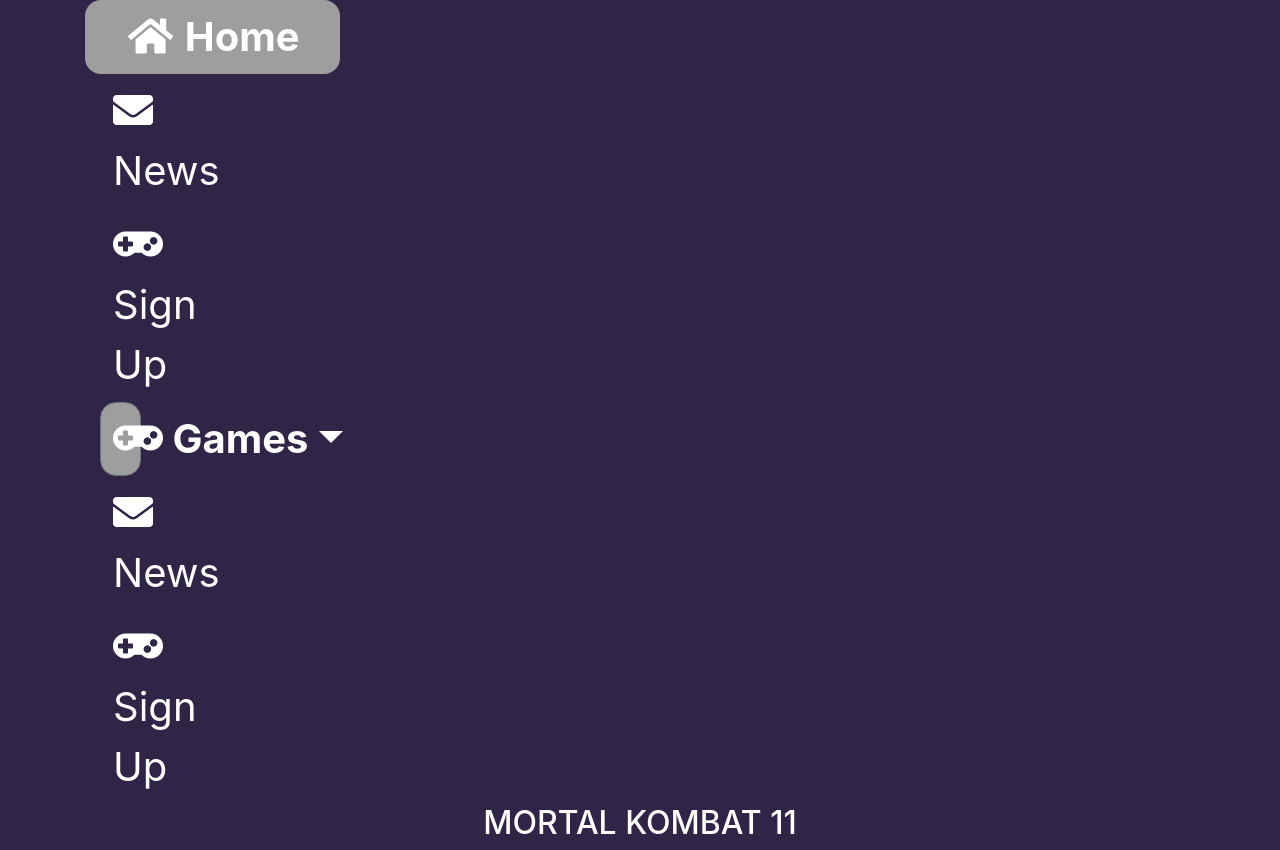
Repository: Code-Institute-Submissions/Gamesworld
Page: mortalkombat11.html
The author's editor kept a record of every edit. The page is drawn from the files as they stood at one moment, then again after the next edit.
The browser window is 1280 px wide. The pictures show the part of the page from y = 60 to 910 px (the page is 1680 px tall).
Pictures or frames that could not be fetched are drawn as grey boxes. Backgrounds fixed to the window are drawn as part of the page. Some web libraries are served in a nearby version.

Above is the page before.

### mortalkombat11.html
<!DOCTYPE html>


<head>
    <meta charset="utf-8">
    <meta name="viewport" content="width=device-width, initial-scale=1">
    <title>Gaming World</title>
    <link rel="stylesheet" href="https://maxcdn.bootstrapcdn.com/bootstrap/4.2.1/css/bootstrap.min.css" type="text/css" />
    <link rel="stylesheet" href="https://cdnjs.cloudflare.com/ajax/libs/hover.css/2.1.1/css/hover-min.css" type="text/css">
    <link rel="stylesheet" href="https://use.fontawesome.com/releases/v5.6.1/css/all.css" integrity="sha384-gfdkjb5BdAXd+lj+gudLWI+BXq4IuLW5IT+brZEZsLFm++aCMlF1V92rMkPaX4PP" crossorigin="anonymous">
    <script type="text/javascript" src="https://cdn.emailjs.com/sdk/2.3.2/email.min.js"></script>





    <link rel="stylesheet" href="assests/css/style.css" type="text/css">
</head>







<!--header test-->

<body>
    <body style="background-color: #302547;">

<div class="center">
        <a href="index.html" class="mainbutton">Gaming World</a>
</div>

<div class="container">
     <div class="row">
         <div class="col-sm-3">
         <div class="btn-group btn-group-justified">
         <a href="index.html" class="btn btn-group-justified"><i class="fa fa-fw fa-home"></i> Home</a></div>
        <div class="col-sm-3"><a href="news.html" class="btn btn-group-justified"><i class="fa fa-envelope"></i> News</a></div>
        <div class="col-sm-3"><a href="#" class="btn btn-group-justified"><i class="fas fa-gamepad"></i> Sign Up</a></div>

<div class="dropdown">
    <div class="col-sm-3">
  <button class="btn btn-secondary dropdown-toggle" type="button" id="dropdownMenuButton" data-toggle="dropdown" aria-haspopup="true" aria-expanded="false"><i class="fas fa-gamepad"></i> Games</button>
  <div class="dropdown-menu" aria-labelledby="dropdownMenuButton">
    <a class="dropdown-item" href="mortalkombat11.html">Mortal Kombat 11</a>
    <a class="dropdown-item" href="fifa20.html">Fifa 20</a>
    <a class="dropdown-item" href="supermario.html">Super Mario Maker 2</a>
  </div>
</div>


    <div class="col-sm-3"><a href="news.html" class="btn btn-group-justified"><i class="fa fa-envelope"></i> News</a></div>
    <div class="col-sm-3"><a href="#" class="btn btn-group-justified"><i class="fas fa-gamepad"></i> Sign Up</a></div>
    </div>

</div>
</div>

<div class="container">




<div class="container-fluid games">
  <h2>MORTAL KOMBAT 11</h2>
  </div>
  <div class="container">
  <div class="row">
    <div class="col-sm-12 col-md-6 col-lg-8">
    <iframe width="100%" height="100%" align="center" style="padding:2px;" src="https://www.youtube.com/embed/7zwQPJmg-Kg" frameborder="0" allow="autoplay; encrypted-media" allowfullscreen></iframe>
</div>
    <div class="col-sm-12 col-md-6 col-lg-4">
       <section class="games">
        Mortal Kombat is back, and it’s better than ever! It’s time to continue this epic saga as you delve into the cinematic storyline developed by award-winning NetherRealm Studios. Take on a role of past and present characters in a brand-new narrative in
        Mortal Kombat 11. This new instalment in the series introduces new multiplayer modes, iconic fatalities and an impressive roster of fighters to choose from. Including fan-favourites and new characters, you can pack a punch with one of their powerful
        abilities and impressive fatalities.
        </section>
    </div>
  </div>
</div>


<!-- completed footer and links set up within container working correctly and displaying as required

spacing added for the footer to move the detail away from the video clip for more vision on the detail
-->
<footer class="container-fluid footerbox" id="footer">
    <div class="col">
        <div class="container icons">
            <a target="_blank" href="https://www.facebook.com/"><i class="fab fa-facebook">
                    </i></a>
            <a target="_blank" href="https://www.instagram.com/"><i class="fab fa-instagram">
                    </i></a>
            <a target="_blank" href="https://www.twitter.com/"><i class="fab fa-twitter">
                    </i></a>
            <a target="_blank" href="https://www.youtube.com/"><i class="fab fa-youtube">
                    </i></a>
        </div>
    </div>
</footer>

<div class="modal" tabindex="-1" role="dialog" id="signupmodal">
    <div class="modal-dialog" role="document">
        <div class="modal-content">
            <div class="modal-header">
                <h6 class="modal-title">Subscribe to Gaming World - Please note no details will be stored or sent from this sign up section</h6>
                               <button type="button" class="close" data-dismiss="modal" aria-label="Close">
          <span aria-hidden="true">&times;</span>
        </button>

            <!-- sign up pop up options and information its for testing purposes for the users-->
            <div class="modal-body">
                <form>
                    <div class="form-group">
                        <label for="exampleInputEmail1">Email address</label>
                        <input type="email" class="form-control" id="exampleInputEmail1" aria-describedby="emailHelp" placeholder="Enter email">
                        <small id="emailHelp" class="form-text text-muted">We'll never share your email with anyone else.</small>
                    </div>
                    <div class="form-group">
                        <label for="exampleInputPassword1">Password</label>
                        <input type="password" class="form-control" id="password" placeholder="Password">
                    </div>
                    <div class="form-group">
                        <label for="repeatPassword"> Repeat Password</label>
                        <input type="password" class="form-control" id="repeatPassword" placeholder="RepeatPassword">
                    </div>
                    <button type="submit" class="btn btn-success">Submit</button>
                </form>
            </div>
    </div>
</div>
    </div>
</div>


<script src="https://code.jquery.com/jquery-3.3.1.slim.min.js" integrity="sha384-q8i/X+965DzO0rT7abK41JStQIAqVgRVzpbzo5smXKp4YfRvH+8abtTE1Pi6jizo" crossorigin="anonymous"></script>
<script src="https://cdnjs.cloudflare.com/ajax/libs/popper.js/1.14.7/umd/popper.min.js" integrity="sha384-UO2eT0CpHqdSJQ6hJty5KVphtPhzWj9WO1clHTMGa3JDZwrnQq4sF86dIHNDz0W1" crossorigin="anonymous"></script>
<script src="https://stackpath.bootstrapcdn.com/bootstrap/4.3.1/js/bootstrap.min.js" integrity="sha384-JjSmVgyd0p3pXB1rRibZUAYoIIy6OrQ6VrjIEaFf/nJGzIxFDsf4x0xIM+B07jRM" crossorigin="anonymous"></script>

</body>

</html>

### assests/css/style.css

/*background added with text for scrolling purposes and better presentation*/

/* code that is here, until the first @media block, will apply to any screen size */
#somethingorother {
  width: 800px ;
}

@media screen and (max-width: 320px) {
  /* comes into effect for screens less than or equal to 320 pixels */
  #somethingorother {
    width: 120px ;
  }
}
@media screen and (min-width: 321px) and (max-width: 480px) {
  /* comes into effect for screens between 321 and 480 pixels (inclusive) */
  #somethingorother {
    width: 320px ;
  }
}
@media screen and (min-width: 481px) {
  /* comes into effect for screens larger than or equal to 481 pixels */
  #somethingorother {
    width: 480px ;
  }
}

/* code that is here will apply to any screen size */

/* Gaming title setting */


.maintitle

{
  text-align: center;
  display:block;
  margin:0 auto;
  width: 100%;

}

.mainbutton
{
  background: url("https://wallpaperplay.com/walls/full/5/2/1/6019.jpg") no-repeat fixed center;
  font-weight: bold;
  border-radius: 16px;
  font-size: 40px;
  z-index: -3;
  display:block;
  margin:0 auto;
  width: 100%;
  text-align: center;
  color: white;


}

/*button style */

.dropbtn {
  background-color: url("https://wallpaperplay.com/walls/full/5/2/1/6019.jpg");
  color: white;
  padding: 16px;
  font-size: 16px;
  border: none;
}

.dropdown {
  position: relative;
  display: inline-block;
}

.dropdown-content {
  display: none;
  position: absolute;
  background-color: url("https://wallpaperplay.com/walls/full/5/2/1/6019.jpg");
  min-width: 160px;
  box-shadow: 0px 8px 16px 0px rgba(0,0,0,0.2);
  z-index: 1;
}

.dropdown-content a {
  color: black;
  padding: 12px 16px;
  text-decoration: none;
  display: block;
}

.dropdown-content a:hover {background-color: url("https://wallpaperplay.com/walls/full/5/2/1/6019.jpg") ;}

.dropdown:hover .dropdown-content {display: block;}

.dropdown:hover .dropbtn {background-color: url("https://wallpaperplay.com/walls/full/5/2/1/6019.jpg") no-repeat fixed center;}

.btn-group-justified {
  width: 100%;
  table-layout: fixed;
  border-collapse: separate;
  color: white;
  font-size: 40px;
  z-index: -3;


}
 .btn-group .btn-group-justified  {
    float: none;
    display: table-cell;
    width: 1%;
    background: url("https://wallpaperplay.com/walls/full/5/2/1/6019.jpg") no-repeat fixed center;
    color: white;
    font-size: 40px;
    z-index: -5;
    font-weight: bold;
    border-radius: 16px;
  }

.btn-secondary {
    float: none;
    display: table-cell;
    width: 1%;
    background: url("https://wallpaperplay.com/walls/full/5/2/1/6019.jpg") no-repeat fixed center;
    color: white;
    font-size: 40px;
    z-index: -5;
    font-weight: bold;
    border-radius: 16px;
}
.btn-secondary {
      width: 100%;
  table-layout: fixed;
  border-collapse: separate;
  color: white;
  font-size: 40px;
  z-index: -3;
}

.welcome-container
{
          height: 100vh;
text-shadow: 0 0 5px #FFF, 0 0 10px #FFF, 0 0 15px #FFF, 0 0 20px #49ff18, 0 0 30px #49FF18, 0 0 40px #49FF18, 0 0 55px #49FF18, 0 0 75px #49ff18;;



  -webkit-background-size: cover;
  -moz-background-size: cover;
  -o-background-size: cover;
  background-size: cover;

  display: flex;
  align-items: center;
  justify-content: center;

  position: relative;

  background-repeat: no-repeat;
  background-attachment: fixed;
  background-position: center;
}

.jumbotron-header
{
  text-align: center;
}


.navbar
{
    background: url("https://wallpaperplay.com/walls/full/5/2/1/6019.jpg") no-repeat fixed center;

}


.gamepad
{
  text-align: center;
}


/* Button */
.button, .dropbtn {
  background-color: white;
  border: none;
  color: #302547;
  font-weight: bold;
  padding: 10px 20px;
  text-align: center;
  display: inline-block;
  margin: 4px 2px;
  cursor: pointer;
  border-radius: 16px;
}





/*button styling*/
.button .dropbtn .dropdown {
  background-color: #6610f2;
  border: none;
  color: black;
  padding: 10px 20px;
  text-align: center;
  text-decoration: none;
  display: inline-block;
  margin: 4px 2px;
  cursor: pointer;
  border-radius: 16px;
}





.games
{
  text-align:center;
  color:white;

}

.games

{

  z-index:-1;
}

.games
{
  font-size: 24px;
  color:white;
}

.footer
{
  position: absolute;
  font-weight: bold;
}





/*.block-divider--short {
  height: 5px;
  border: 0;
  background-color: cyan;
}
*/

/*.content-containers*/
.content-container
{
  padding-top: 10px;
  padding-bottom: 10px;
}




/*alert - text amends and display including features*/

.alert-container .col-12
{
  padding-left: 0;
  padding-right:0;
}

.alert-warning {
  border-radius: 0;
  margin-bottom: 0;
  padding: 5px 15px;
  background-color: #56fefe;
  border-color: #56fffb;
  color: black;
}

.footerbox
{
  color:white;
    background: url("https://wallpaperplay.com/walls/full/5/2/1/6019.jpg") no-repeat fixed center;
  padding: 0;
  text-align: center;
}

.footerbox i{
  margin-bottom:10px;
  font-size: 40px;
  line-height: 40px;
}


/*footer details*/

.fa.fa-facebook:before {
  padding: 5px;
  color: #3C5898
}

.fa-instagram:before {
  color: transparent;
  padding:5px;
  background: radial-gradient(circle at 30% 107%, #fdf497 0%, #fdf497 5%, #fd5949 45%, #d6249f 60%, #285AEB 90%);
  background: -webkit-radial-gradient(circle at 30% 107%, #fdf497 0%, #fdf497 5%, #fd5949 45%, #d6249f 60%, #285AEB 90%);
  background-clip: text;
  -webkit-background-clip: text;
}


.fa-twitter:before {
}

.fa-youtube:before {
  color:#c4302b;
}


/*tempory code to check scaling
*{
  background: #000 !important;
  color: #0f0 !important;
  outline: solid #f00 1px !important;
}*/

After the next edit:
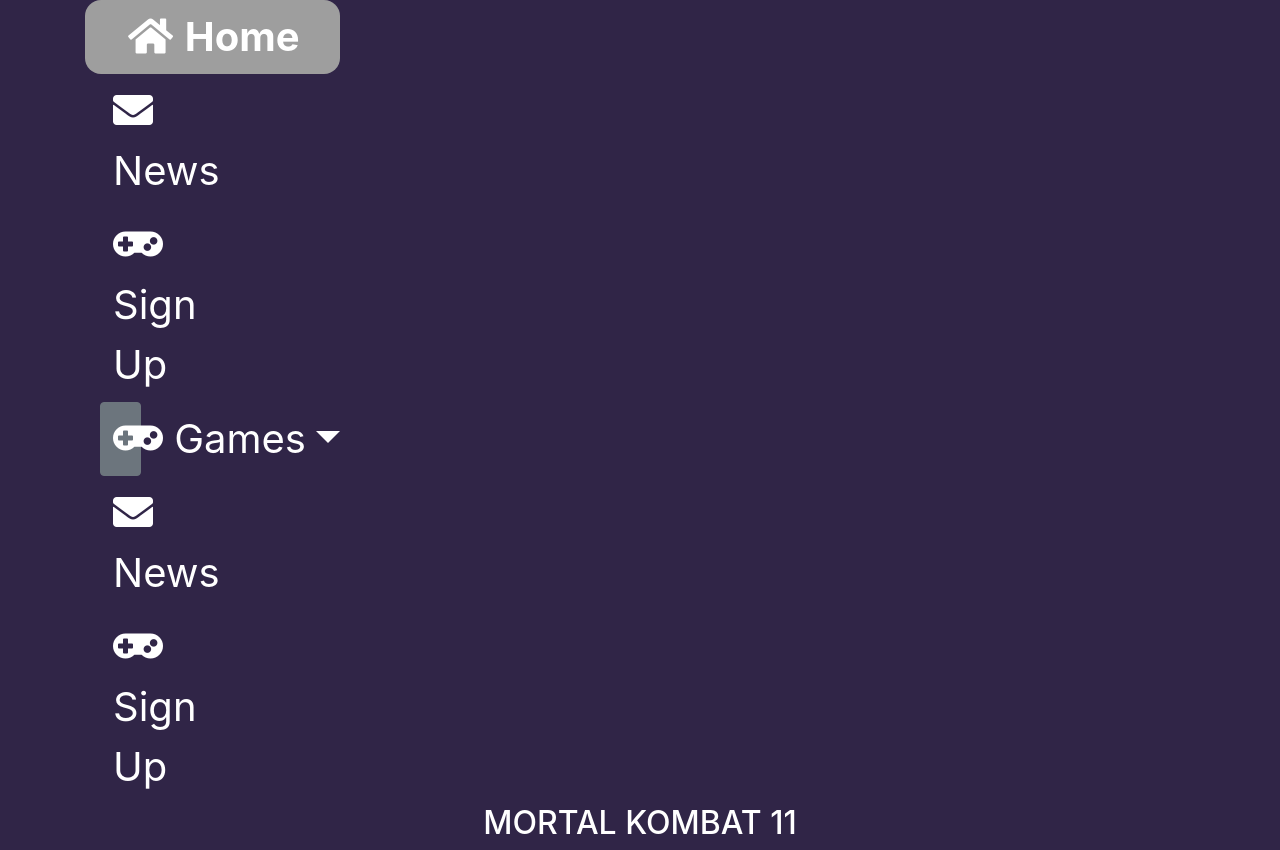
The edit:
--- a/assests/css/style.css
+++ b/assests/css/style.css
@@ -115,7 +115,7 @@
     border-radius: 16px;
   }
 
-.btn-secondary {
+.btn-secondary .dropdown {
     float: none;
     display: table-cell;
     width: 1%;

After the 2 edits that followed:
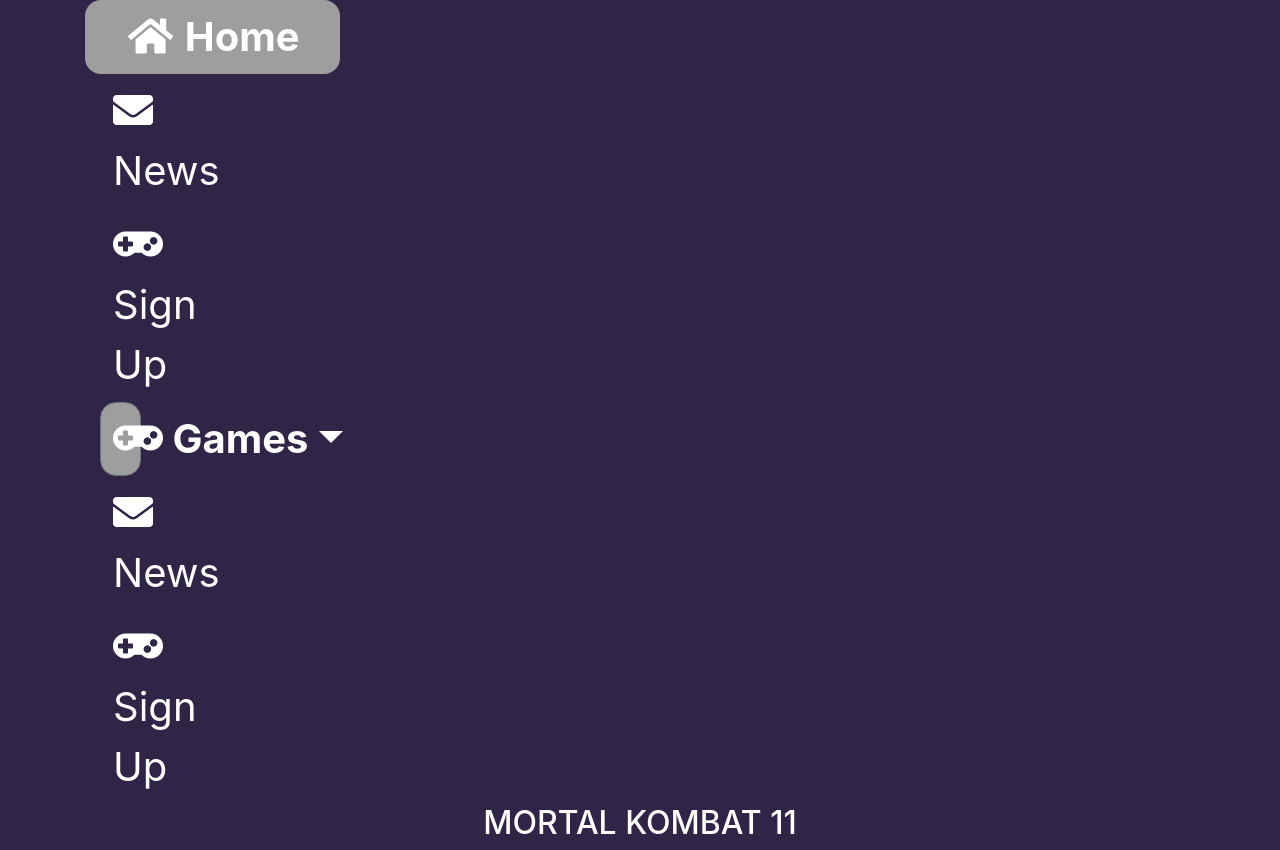
The 2 edits are shown as one change because 1 left the picture as it was.
The edit:
--- a/assests/css/style.css
+++ b/assests/css/style.css
@@ -115,7 +115,7 @@
     border-radius: 16px;
   }
 
-.btn-secondary .dropdown {
+.btn-secondary  {
     float: none;
     display: table-cell;
     width: 1%;
@@ -126,7 +126,7 @@
     font-weight: bold;
     border-radius: 16px;
 }
-.btn-secondary {
+.btn-secondary  {
       width: 100%;
   table-layout: fixed;
   border-collapse: separate;
